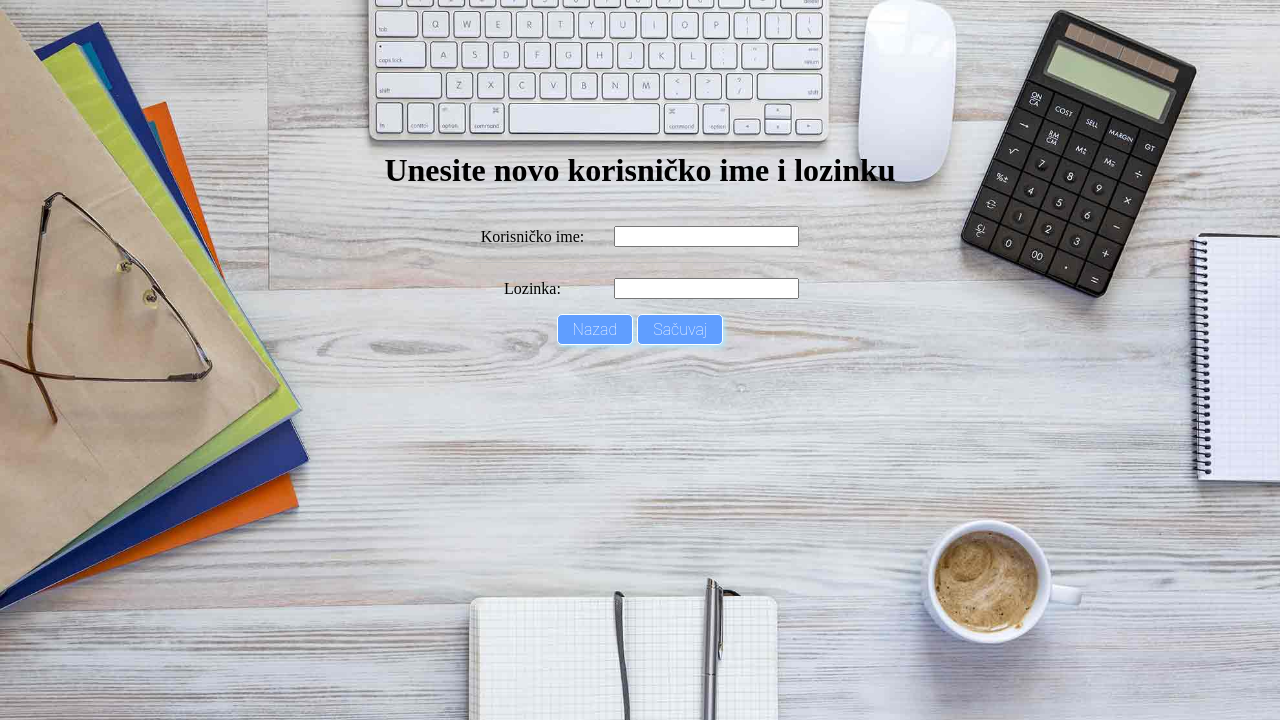
Repository: KristijanPetkovic/java-applet-video-library
Page: Projekti/www.videoteka.com/WebContent/noviKorisnik.html
The author's editor kept a copy of each file at every save. The page is drawn from the files as they stood at one save, then again after the next save.
The browser window is 1280 px wide. The pictures show the whole page.

Above is the page before, as saved 2019-01-10 21:21:42.

After the next save:
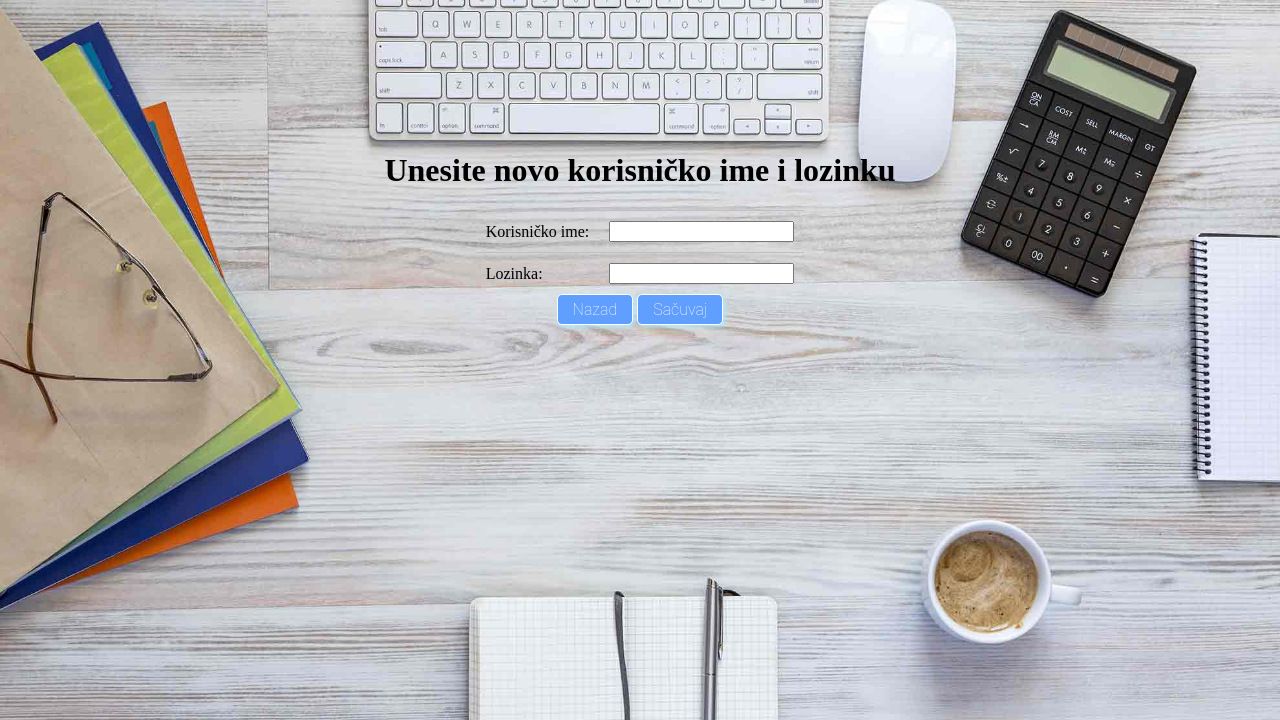
Saved 5 min 43 s later.
--- a/Projekti/www.videoteka.com/WebContent/noviKorisnik.html
+++ b/Projekti/www.videoteka.com/WebContent/noviKorisnik.html
@@ -1,4 +1,4 @@
-<!DOCTYPE html>
+
 <html>
 	<head>
 		<meta http-equiv="content-type" content="text/html; charset=utf-8">

After the 2 saves that followed:
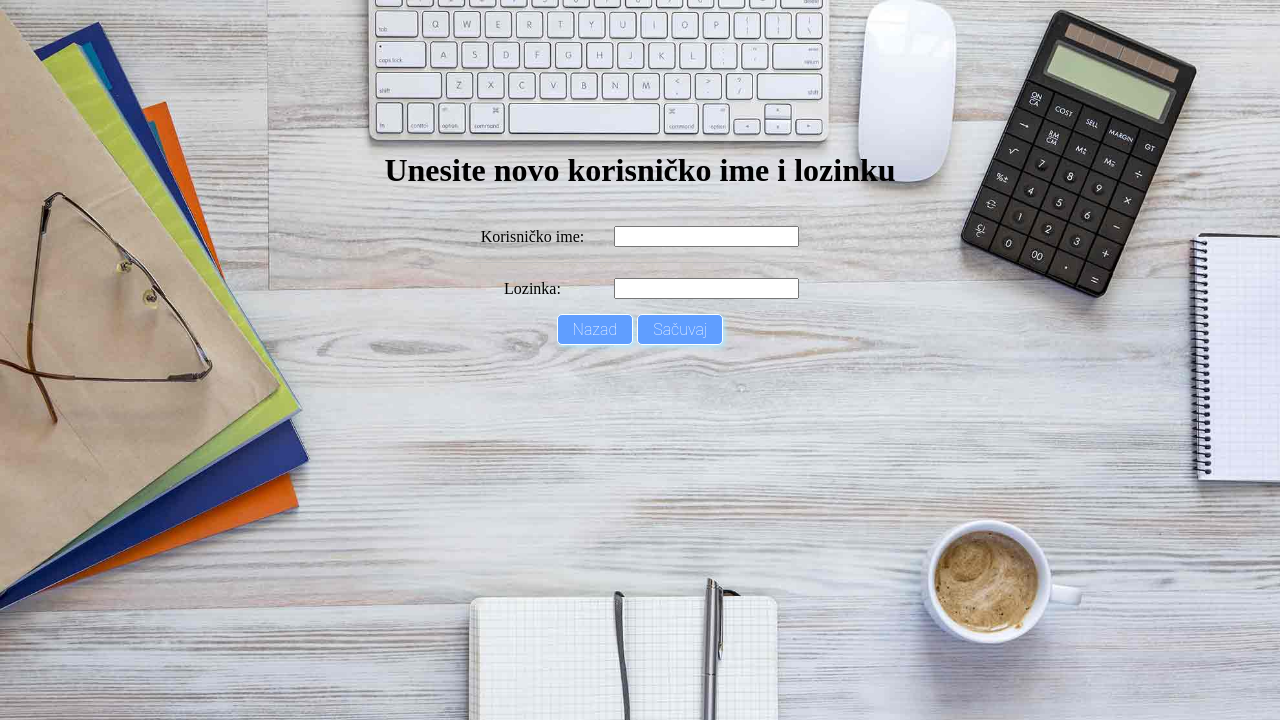
The 2 saves are shown as one change because 1 left the picture as it was.
The last was saved 12 s later.
--- a/Projekti/www.videoteka.com/WebContent/noviKorisnik.html
+++ b/Projekti/www.videoteka.com/WebContent/noviKorisnik.html
@@ -1,4 +1,4 @@
-
+<!DOCTYPE html>
 <html>
 	<head>
 		<meta http-equiv="content-type" content="text/html; charset=utf-8">
